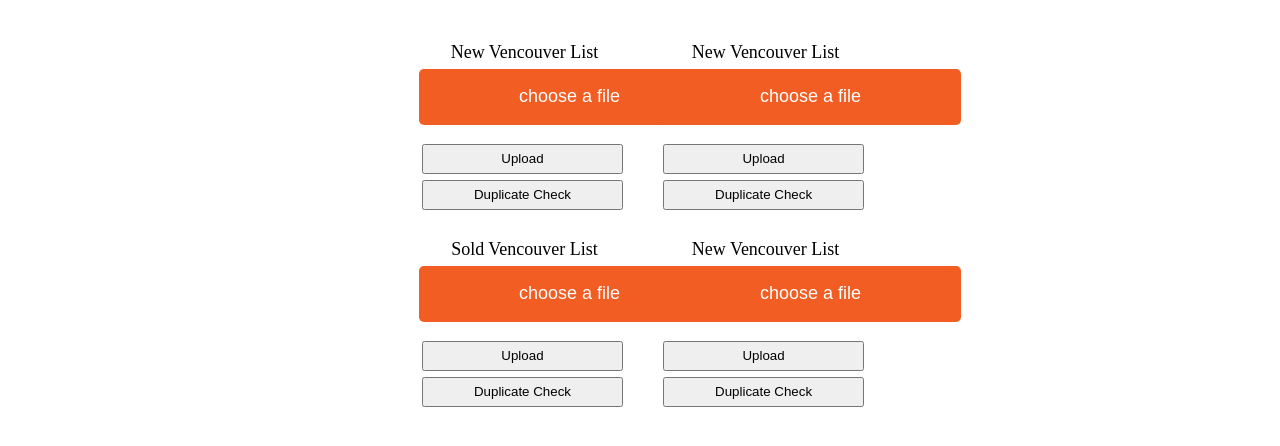
Repository: ah-sabbir/TIAM
Page: src/index.html
The author's editor kept a copy of each file at every save. The page is drawn from the files as they stood at one save, then again after the next save.
The browser window is 1280 px wide. The pictures show the whole page.

Above is the page before, as saved 2022-05-16 16:58:38.

After the next save:
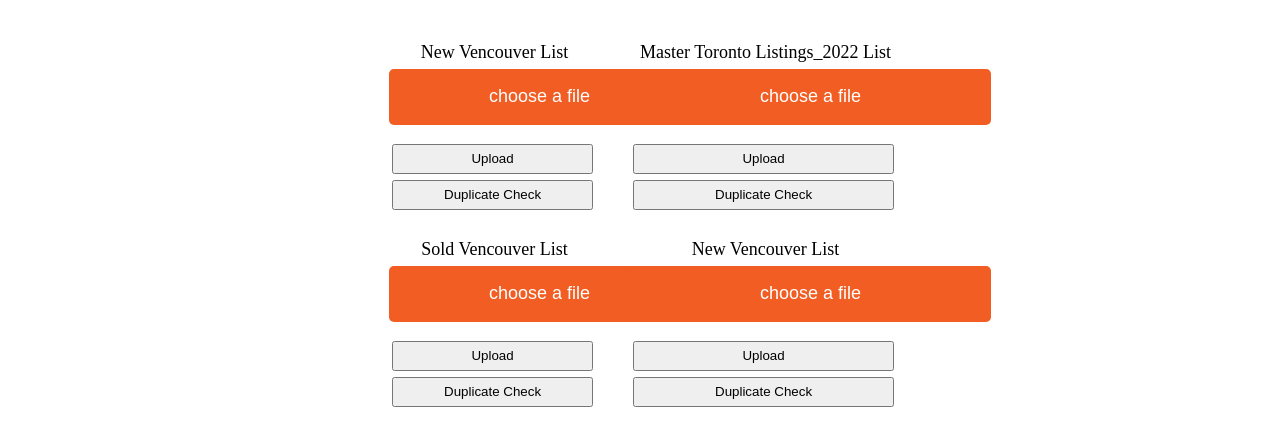
Saved 2 min 0 s later.
--- a/src/index.html
+++ b/src/index.html
@@ -28,7 +28,7 @@
       </div>
       <div class="row">
         <div class="box">
-          <label>New Vencouver List</label>
+          <label>Master Toronto Listings_2022 List</label>
           <input type="file" accept=".csv" id="NewVancouver" />
           <label for="NewVancouver" />choose a file</label>
           <button id="btn-signal">Upload</button>

After the 3 saves that followed:
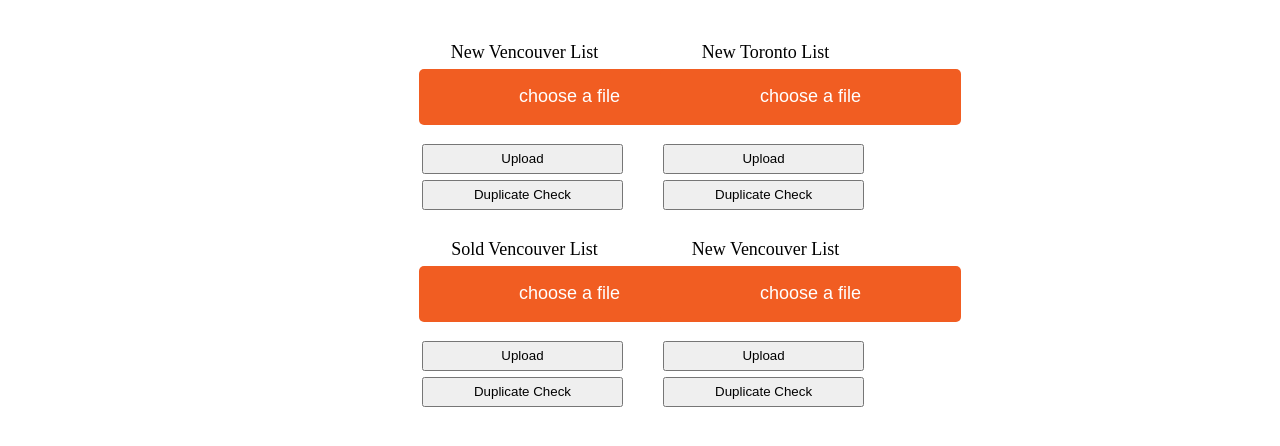
The 3 saves are shown as one change because they came seconds apart.
The last was saved 9 s later.
--- a/src/index.html
+++ b/src/index.html
@@ -28,7 +28,7 @@
       </div>
       <div class="row">
         <div class="box">
-          <label>Master Toronto Listings_2022 List</label>
+          <label>New Toronto List</label>
           <input type="file" accept=".csv" id="NewVancouver" />
           <label for="NewVancouver" />choose a file</label>
           <button id="btn-signal">Upload</button>
